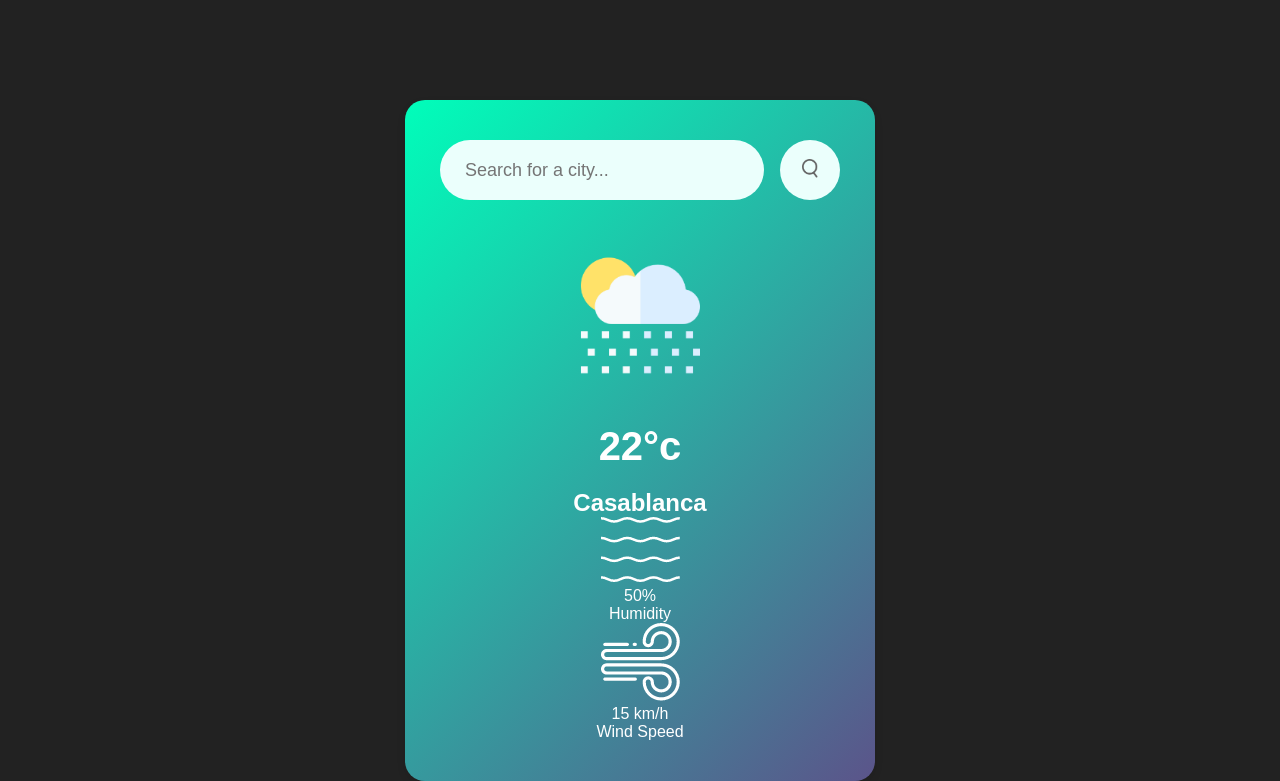
Repository: Abdelilah-Lakrim/Weather-App
Page: index.html
An editor plug-in stored every save of this project. The page is shown before and after the next save, followed by the edit.
The browser window is 1280 px wide. The pictures show the whole page.

Above is the page before, as saved 2025-06-17 11:16:05.

### index.html
<!DOCTYPE html>
<html>
<head>
    <meta charset="UTF-8" />
    <title>Weather App</title>
    <link rel="stylesheet" href="style.css" >
</head>
<body>

    <div class="card">
        <div class="search">
            <input type="text" placeholder="Search for a city..." spellcheck="false" />
            <button><img src="images/search.png"></button>
        </div>
        <div class="weather">
            <img src="images/rain.png" class="weather-icon">
            <h1 class="temp">22°c</h1>
            <h2 class="city">Casablanca</h2>
            <div class="details">
                <div class="col">
                    <img src="images/humidity.png">
                    <div>
                        <p class="humidity">50%</p>
                        <p>Humidity</p>
                    </div>
                </div>
                <div class="col">
                    <img src="images/wind.png">
                    <div>
                        <p class="wind">15 km/h</p>
                        <p>Wind Speed</p>
                    </div>
                </div>
            </div>
        </div>
    </div>

</body>
</html>

### style.css
*{
    margin: 0;
    padding: 0;
    font-family: 'Poppins', sans-serif;
    box-sizing: border-box;
}
body{
    background-color: #222;
    color: #333;
}
.card{
    width: 90%;
    max-width: 470px;
    background: linear-gradient(135deg, #00feba, #5b548a);
    color: #fff;
    margin: 100px auto  0;
    padding: 40px 35px;
    border-radius: 20px;
    box-shadow: 0 4px 8px rgba(0, 0, 0, 0.1);
    overflow: hidden;
    position: relative;
    text-align: center;
}
.search{
    width: 100%;
    display: flex;
    align-items: center;
    justify-content: space-between;
}

.search input{
    border: 0;
    outline: 0;
    background: #ebfffc;
    color: #333;
    padding: 10px 25px;
    height: 60px;
    border-radius: 30px;
    flex: 1;
    margin-right: 16px;
    font-size: 18px;
}

.search button{
    border: 0;
    outline: 0;
    background: #ebfffc;
    height: 60px;
    width: 60px;
    border-radius: 50px;
    cursor: pointer;
}
.search button img{
    width: 16px;
}

.weather-icon{
    width: 170px;
    margin-top: 30px;

}

.weather h1{
    font-size: 40px;
    margin: 20px 0;
}

After the next save:
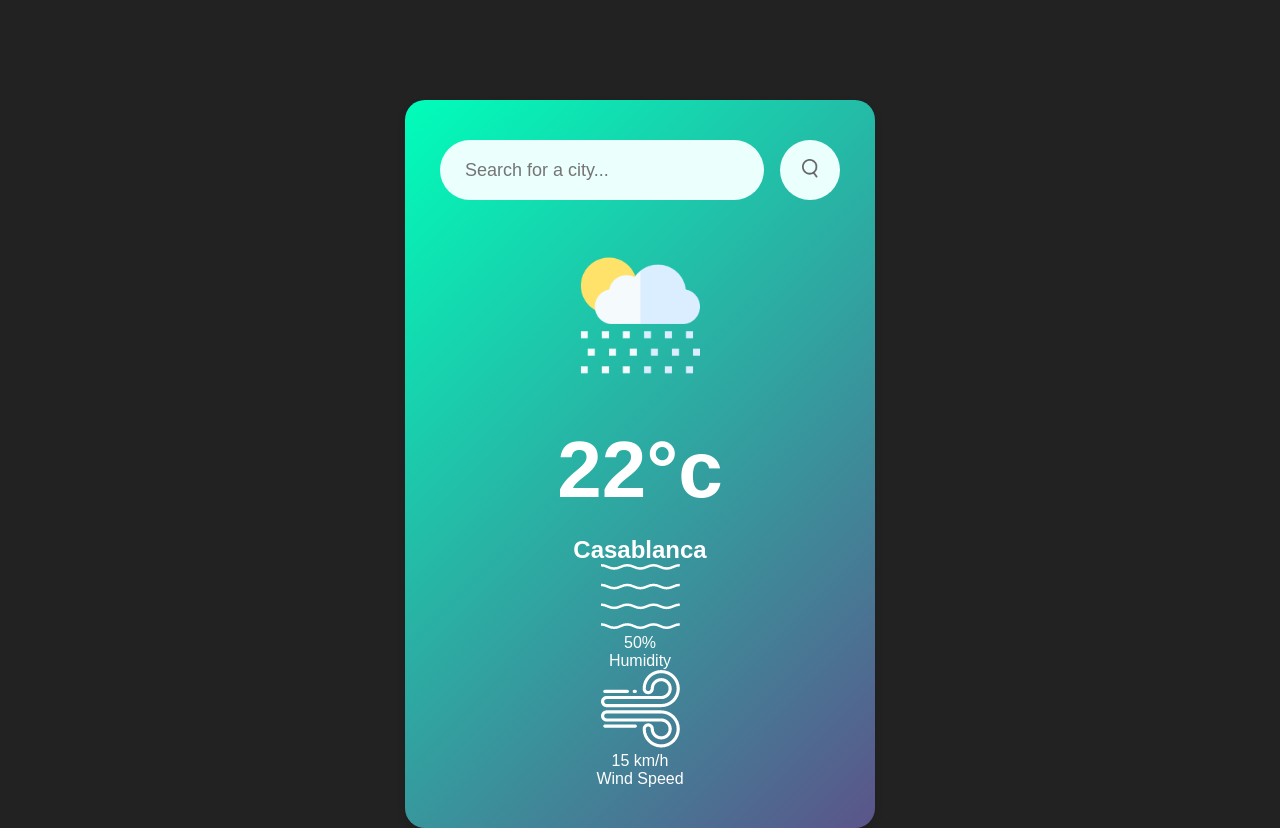
Saved 5 s later.
--- a/style.css
+++ b/style.css
@@ -61,6 +61,6 @@ body{
 }
 
 .weather h1{
-    font-size: 40px;
+    font-size: 80px;
     margin: 20px 0;
 }
